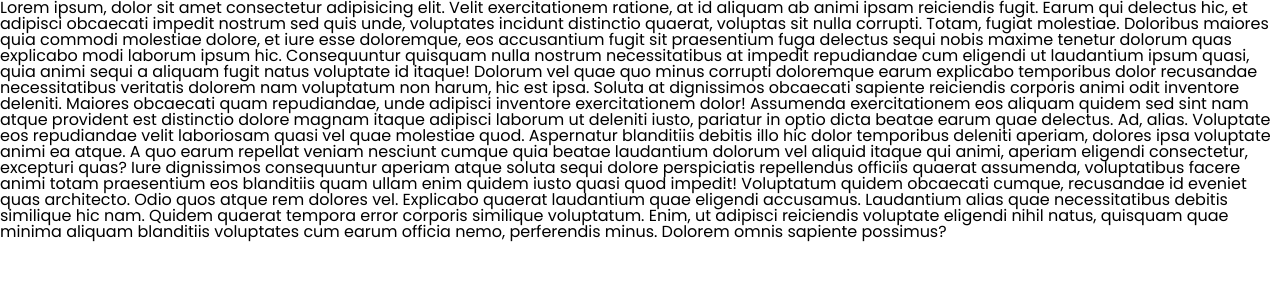
Repository: Tran-Dat/f8-htmlcss-01
Page: index.html
The author's editor kept a copy of each file at every save. The page is drawn from the files as they stood at one save, then again after the next save.
The browser window is 1280 px wide. The pictures show the whole page.

Above is the page before, as saved 2023-03-08 16:04:54.

After the next save:
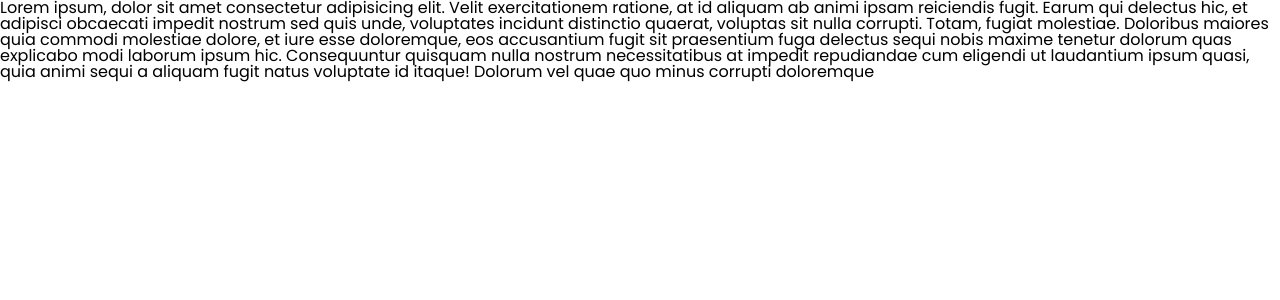
Saved 31 min 34 s later.
--- a/index.html
+++ b/index.html
@@ -22,30 +22,6 @@
             nulla nostrum necessitatibus at impedit repudiandae cum eligendi ut
             laudantium ipsum quasi, quia animi sequi a aliquam fugit natus
             voluptate id itaque! Dolorum vel quae quo minus corrupti doloremque
-            earum explicabo temporibus dolor recusandae necessitatibus veritatis
-            dolorem nam voluptatum non harum, hic est ipsa. Soluta at
-            dignissimos obcaecati sapiente reiciendis corporis animi odit
-            inventore deleniti. Maiores obcaecati quam repudiandae, unde
-            adipisci inventore exercitationem dolor! Assumenda exercitationem
-            eos aliquam quidem sed sint nam atque provident est distinctio
-            dolore magnam itaque adipisci laborum ut deleniti iusto, pariatur in
-            optio dicta beatae earum quae delectus. Ad, alias. Voluptate eos
-            repudiandae velit laboriosam quasi vel quae molestiae quod.
-            Aspernatur blanditiis debitis illo hic dolor temporibus deleniti
-            aperiam, dolores ipsa voluptate animi ea atque. A quo earum repellat
-            veniam nesciunt cumque quia beatae laudantium dolorum vel aliquid
-            itaque qui animi, aperiam eligendi consectetur, excepturi quas? Iure
-            dignissimos consequuntur aperiam atque soluta sequi dolore
-            perspiciatis repellendus officiis quaerat assumenda, voluptatibus
-            facere animi totam praesentium eos blanditiis quam ullam enim quidem
-            iusto quasi quod impedit! Voluptatum quidem obcaecati cumque,
-            recusandae id eveniet quas architecto. Odio quos atque rem dolores
-            vel. Explicabo quaerat laudantium quae eligendi accusamus.
-            Laudantium alias quae necessitatibus debitis similique hic nam.
-            Quidem quaerat tempora error corporis similique voluptatum. Enim, ut
-            adipisci reiciendis voluptate eligendi nihil natus, quisquam quae
-            minima aliquam blanditiis voluptates cum earum officia nemo,
-            perferendis minus. Dolorem omnis sapiente possimus?
         </p>
     </body>
 </html>
